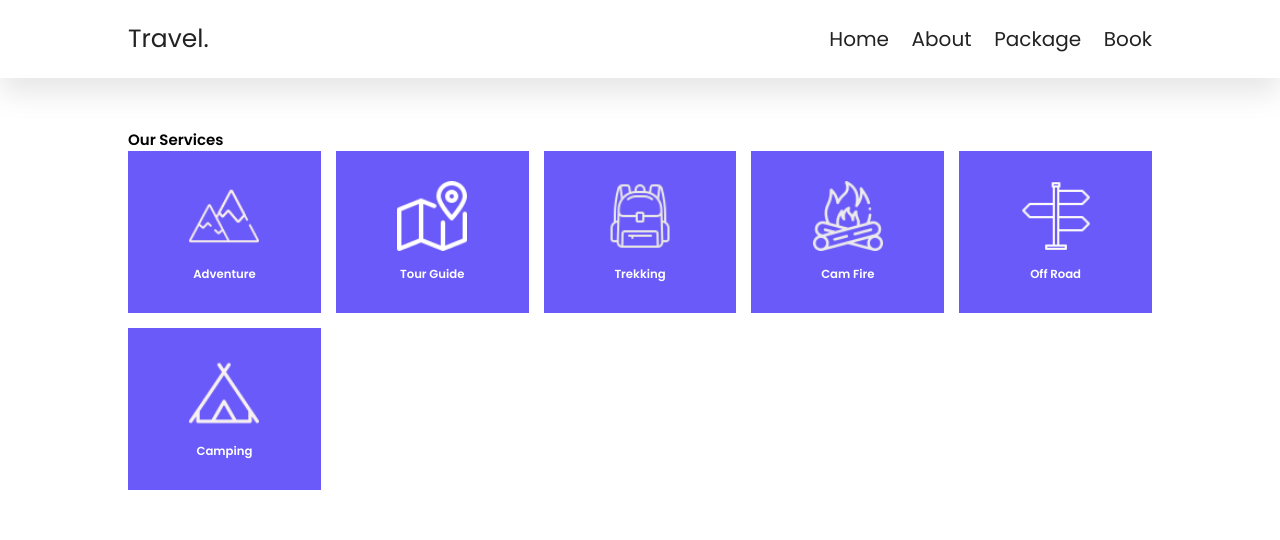
Repository: CTCuong/Traveloka-Web
Page: assets/home.html
The author's editor kept a copy of each file at every save. The page is drawn from the files as they stood at one save, then again after the next save.
The browser window is 1280 px wide. The pictures show the part of the page from y = 0 to 540 px (the page is 1186 px tall before and 1216 px after).
Pictures or frames that could not be fetched are drawn as grey boxes. Backgrounds fixed to the window are drawn as part of the page.

Above is the page before, as saved 2023-07-03 21:21:48.

### assets/home.html
<!DOCTYPE html>
<html lang="en">
<head>
    <meta charset="UTF-8">
    <meta name="viewport" content="width=device-width, initial-scale=1.0">
    <title>Document</title>
    <!--swiper css-->
    <link rel="stylesheet"href="https://cdn.jsdelivr.net/npm/swiper@9/swiper-bundle.min.css"/>
    <!--font awesome link-->
    <link rel="stylesheet" href="https://cdnjs.cloudflare.com/ajax/libs/font-awesome/6.4.0/css/all.min.css">
    <!-- css file link -->
    <link rel="stylesheet" href="/assets/css/style.css">
</head>
<body>
    <!-- header section starts -->
    <section class="header">
        <a href="home.html" class="logo">travel.</a>

        <nav class="navbar">
            <a href="home.html">Home</a>
            <a href="about.html">About</a>
            <a href="package.html">Package</a>
            <a href="book.html">Book</a>

        </nav>

        <div id="menu-btn" class="fas fa-bars"></div>
    </section>
    <!-- header section ends -->

    <!-- services section starts -->
    <section class="services">
        <h1 class="heading-title"> our services </h1>

        <div class="box-container">

            <div class="box">
                <img src="/assets/image/Services/1.png" alt="">
                <h3> adventure </h3>
            </div>

            <div class="box">
                <img src="/assets/image/Services/2.png" alt="">
                <h3> tour guide </h3>
            </div>

            <div class="box">
                <img src="/assets/image/Services/3.png" alt="">
                <h3> trekking </h3>
            </div>


            <div class="box">
                <img src="/assets/image/Services/4.png" alt="">
                <h3> cam fire </h3>
            </div>

            <div class="box">
                <img src="/assets/image/Services/5.png" alt="">
                <h3> off road </h3>
            </div>

            <div class="box">
                <img src="/assets/image/Services/6.png" alt="">
                <h3> camping </h3>
            </div>

        </div>
    </section>
    <!-- services section ends -->



    <!-- footer section starts -->

    <section class="footer">
        <div class="box-container">

            <div class="box">
                <h3>quick links</h3>
                <a href="home.html"><i class="fas fa-angle-right"></i>Home</a>
                <a href="about.html"><i class="fas fa-angle-right"></i>About</a>
                <a href="package.html"><i class="fas fa-angle-right"></i>Package</a>
                <a href="book.html"><i class="fas fa-angle-right"></i>Book</a>
            </div>

            <div class="box">
                <h3>extra links</h3>
                <a href="#"><i class="fas fa-angle-right"></i> ask question</a>
                <a href="#"><i class="fas fa-angle-right"></i> about us</a>
                <a href="#"><i class="fas fa-angle-right"></i> privacy policy</a>
                <a href="#"><i class="fas fa-angle-right"></i> terms of use</a>
            </div>

            <div class="box">
                <h3>contract info</h3>
                <a href="#"><i class="fas fa-phone"></i> +84 098-326-789 </a>
                <a href="#"><i class="fas fa-phone"></i> +84 023-908-7865 </a>
                <a href="#"><i class="fas fa-envelope"></i> travekhanas@gmail.com </a>
                <a href="#"><i class="fas fa-map"></i> HaNoi, VietNam   </a>
            </div>

            <div class="box">
                <h3>follow us</h3>
                <a href="#"><i class="fab fa-facebook"></i> facebook </a>
                <a href="#"><i class="fab fa-twitter"></i> twitter </a>
                <a href="#"><i class="fab fa-instagram"></i> instagram </a>
                <a href="#"><i class="fab fa-telegram"></i> telegram </a>
            </div>

        </div>

        <div class="credit"> created by <span>mr. Cao Tran Cuong</span> | all rights reserved! </div>
    </section>
    <!-- footer section ends -->

    <!--swiper js-->
    <script src="https://cdn.jsdelivr.net/npm/swiper@9/swiper-bundle.min.js"></script>
    <!-- js file link -->
    <script src="/assets/js/scrip.js"></script>
</body>
</html>

### assets/css/style.css
@import url('https://fonts.googleapis.com/css2?family=Poppins:ital,wght@0,100;0,200;0,300;0,400;0,500;0,600;1,100;1,200;1,300;1,400;1,500;1,600&display=swap');

:root {
    --main-color:#6A5AF9;
    --black:#222;
    --white: #fff;
    --light-black:#777;
    --light-white:#fff9;
    --drak-bg:rgba(0,0,0,.7);
    --light-bg:#eee;
    --border:1rem solid var(var(--black));
    --text-shadow:0 1.5rem 3rem rgba(0,0,0,.3);
    --box-shadow:0 1.5rem 3rem rgba(0,0,0,.1);
}
* {
    font-family: 'Poppins', sans-serif;
    margin: 0; padding: 0;
    box-sizing: border-box;
    outline: none; border: none;
    text-decoration: none;
    text-transform: capitalize;

}

html {
    font-size: 62.5%;
    overflow-x: hidden;
}

html::-webkit-scrollbar {
    width : 1rem;
}

html::-webkit-scrollbar-track {
    background-color: var(--white);
}

html::-webkit-scrollbar-thumb {
    background-color: var(--main-color);
}
section {
    padding: 5rem 10%;
}
.header {
    position: sticky;
    top:0; left: 0; right: 0;
    z-index: 1000;
    background-color: var(--white);
    display: flex;
    padding-top: 2rem;
    padding-bottom: 2rem;
    box-shadow: var(--box-shadow);
    align-items: center;
    justify-content:space-between;
}

.header .logo {
    font-size: 2.5rem;
    color: var(--black);
}

.header .navbar a {
    font-size: 2rem;
    margin-left: 2rem;
    color: var(--black);
}

#menu-btn {
    font-size: 2.5rem;
    color: var(--black);
    cursor: pointer;
    display: none;
}

.services .box-container {
    display: grid;
    grid-template-columns: repeat(auto-fit, minmax(16rem, 1fr));
    gap : 1.5rem;
}

.services .box-container .box {
    padding: 3rem 2rem;
    text-align: center;
    background: var(--main-color);
    cursor: pointer;
}


.services .box-container .box:hover {
    background: var(--black) ;
}

.services .box-container .box h3 {
    color: var(--white);
    font-size: 1,7rem;
    padding-top: 1rem;
}

.services .box-container .box img {
    height: 7rem;
}




























.footer {
    background:url(/assets/image/Footer/low-angle-nature-night-time.jpg) no-repeat;
    background-size: cover;
    background-position: center;
    background-attachment: fixed;
}

.footer .box-container {
    display: grid;
    grid-template-columns: repeat(auto-fit, minmax(25rem, 1fr));
    gap : 3rem;
}

.footer .box-container .box h3{
    color: var(--white);
    font-size: 2.5rem;
    padding-bottom: 2rem;
}

.footer .box-container .box a {
    color: var(--light-white);
    font-size: 1.5rem;
    padding-bottom: 1.5rem;
    display: block;
}

.footer .box-container .box a i {
    color: var(--main-color);
    padding-right: .5rem;
    transition: .2s linear ;
}

.footer .box-container .box a:hover i {
    padding-right: 2rem;
}

.footer .credit {
    text-align: center;
    padding-top: 3.5rem;
    margin-top: 3rem;
    border-top: .1rem solid var(--light-bg);
    font-size: 2rem;
    color: var(--white);
}

.footer .credit span {
    color:var(--main-color);
}



/* media queries */
@media (max-width:1200px) {

    section {
        padding: 3rem 5%;
    }

}

@media (max-width:991px) {

    html {
        font-size: 55%;
    }

    section {
        padding: 3rem 2rem;
    }

}

@media (max-width:768px) {
    #menu-btn {
         display: inline-block;
         transition: .2s linear;
    }

    #menu-btn.fa-times {
        transform: rotate(180deg);
    }

    .header .navbar {
        position: absolute;
        top:99%; left:0; right:0;
        background-color: var(--white);
        border-top: var(--border);
        padding: 2rem;
        transition: .2s linear;
        clip-path: polygon(0 0, 100% 0, 100% 0, 0 0);
    }

    .header .navbar.active {
        clip-path: polygon(0 0, 100% 0, 100% 100%, 0 100%);
    }

    .header .navbar a {
        display:block;
        margin: 2rem;
        text-align: center ;
    }

}
@media (max-width:450px) {

    html {
        font-size: 50%;
    }

}

### assets/js/scrip.js
let menu = document.querySelector('#menu-btn');
let navbar = document.querySelector('.header .navbar');

menu.onclick = () =>{
    menu.classList.toggle('fa-times');
    navbar.classList.toggle('active');
};

window.onscroll = () => {
    menu.classList.remove('fa-times')
    navbar.classList.remove('active')

}

After the next save:
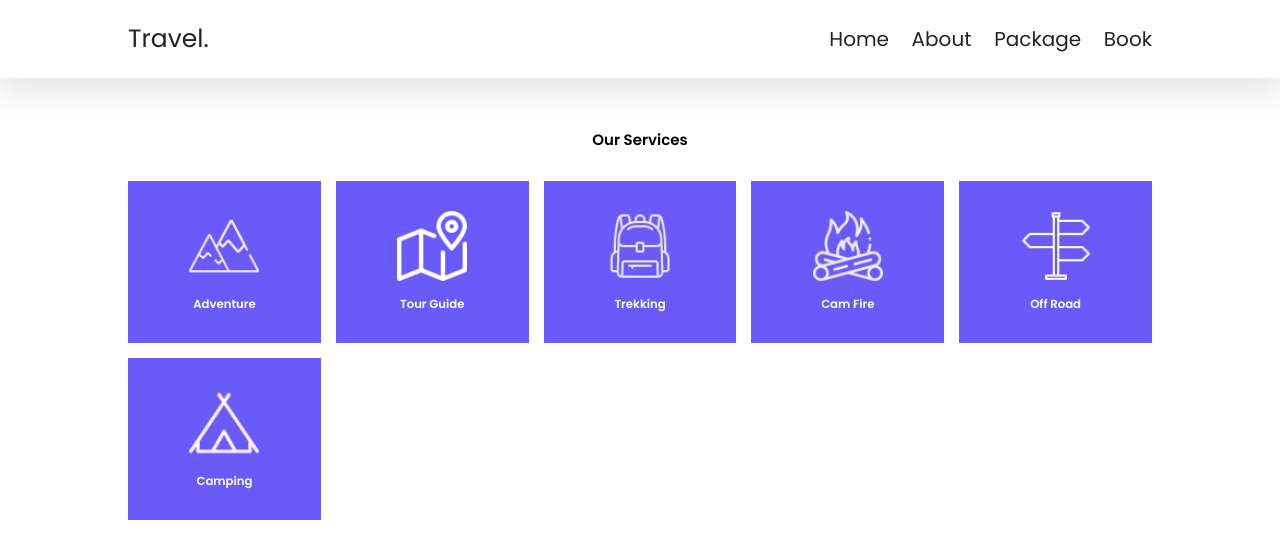
Saved 77 s later.
--- a/assets/css/style.css
+++ b/assets/css/style.css
@@ -100,6 +100,11 @@ section {
     height: 7rem;
 }
 
+.heading-title {
+    text-align: center;
+    margin-bottom: 3rem;
+}
+
 
 
 
